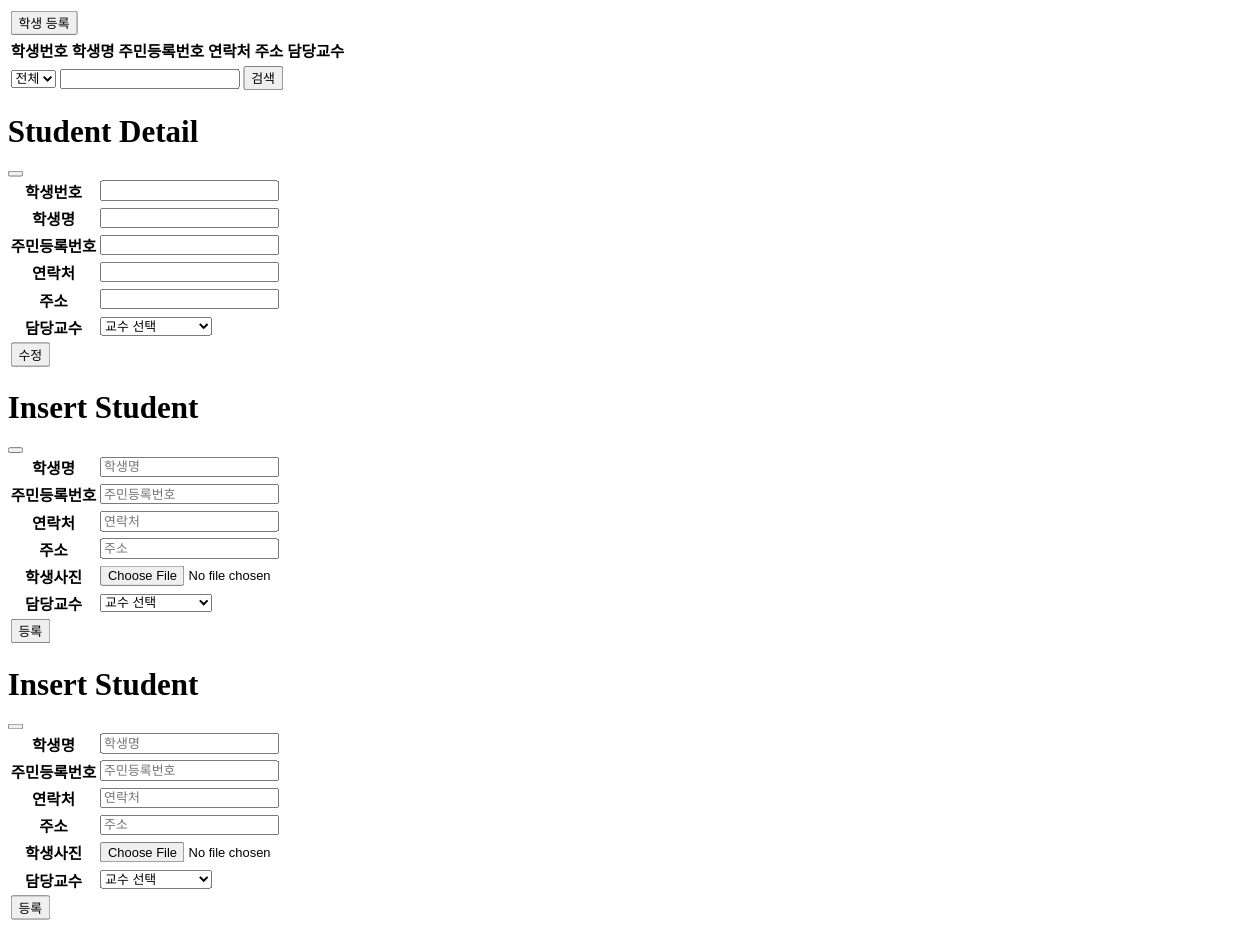
Repository: hoseolkim/restart
Page: http://localhost/HaksaManage/WEB-INF/views/staff/staffStudentView.jsp
An editor plug-in stored every save of this project. The page is shown before and after the next save, followed by the edit.
The browser window is 1280 px wide. The pictures show the whole page, at 97% of full size.
The page is served by Tomcat 9. Nobody is signed in. The template is opened directly, without the code that normally fills it, so the values that code supplies are empty.

Above is the page before, as saved 2023-10-09 05:44:17.
Console error: ReferenceError: $ is not defined

After the next save:
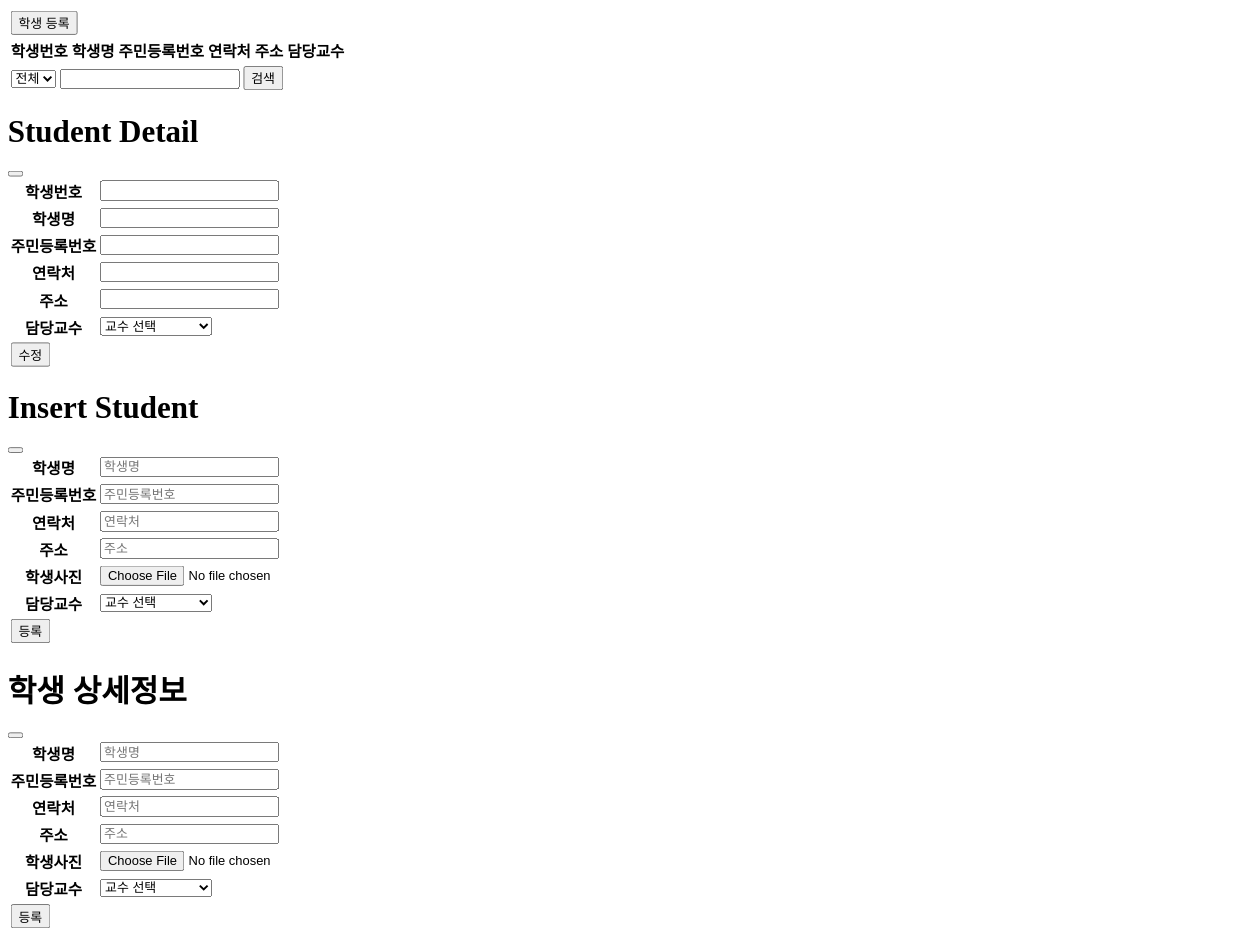
Saved 7 s later.
--- a/HaksaManage/src/main/webapp/WEB-INF/views/staff/staffStudentView.jsp
+++ b/HaksaManage/src/main/webapp/WEB-INF/views/staff/staffStudentView.jsp
@@ -179,7 +179,7 @@
   <div class="modal-dialog">
     <div class="modal-content">
       <div class="modal-header">
-        <h1 class="modal-title fs-5" id="studentDetailViewModal">Insert Student</h1>
+        <h1 class="modal-title fs-5" id="studentDetailViewModal">학생 상세정보</h1>
         <button type="button" class="btn-close" data-bs-dismiss="modal" aria-label="Close"></button>
       </div>
       <div class="modal-body">
